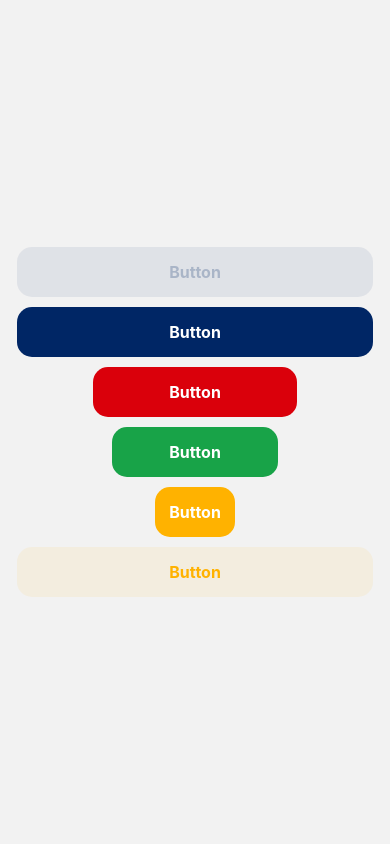
Repository: hungdomanh95/setuptheme
Screen: /
These files come from the project's save history. The screen is drawn as it stood at one moment and after the next save; the edit follows.
The app was drawn by React Native's web renderer in a window 390 px wide. The project was rebuilt for these pictures with package versions that can differ from the ones it lists, and the page was loaded fresh each time. Also part of the build but not shown: src/components/Fade/index.js, src/components/Slide/index.js.

Above is the screen before, as saved 2022-05-17 11:57:23.

### App.js
import {View, Text} from 'react-native';
import React from 'react';
import RootNavigation from './src/navigation/rootNavigation';

const App = () => {
  return <RootNavigation />;
};

export default App;

### src/navigation/rootNavigation.js
import React from 'react'
import {NavigationContainer} from '@react-navigation/native';
import {createNativeStackNavigator} from '@react-navigation/native-stack';
import {
  HomeScreen,
} from '../screens';
import { SafeAreaProvider } from 'react-native-safe-area-context';

const Stack = createNativeStackNavigator();
const RootNavigation = () => {
  const screenOptions = {
    headerTransparent: true,
    headerShown: false,
  };
  const stackOption = {
    headerShown: true,
    headerBackTitle: '',
    headerTitle: '',
  };
  return (
    <SafeAreaProvider>
      <NavigationContainer>
        <Stack.Navigator screenOptions={screenOptions}>
          <Stack.Screen name="HomeScreen" component={HomeScreen} />
        </Stack.Navigator>
      </NavigationContainer>
    </SafeAreaProvider>
  );
};

export default RootNavigation;

### src/screens/index.js
import HomeScreen from './HomeScreen';
export {HomeScreen};

### src/screens/HomeScreen/index.js
import {View, Text, StyleSheet} from 'react-native';
import React from 'react';
import {COLOR, shadows} from '../../theme';
import {RNButton} from '../../components';

const HomeScreen = () => {
const hanle = () => {
  console.log("---");
}
  return (
    <View style={styles.container}>
      <RNButton text="Button" type={'primary'} size={'fullsize'} onPress={hanle} disabled={true} />
      <RNButton text="Button" type={'primary'} size={'fullsize'} onPress={hanle} />
      <RNButton text="Button" type={'danger'} size={'medium'} />
      <RNButton text="Button" type={'success'} size={'small'} />
      <RNButton text="Button" type={'warning'} size={80} />
      <RNButton text="Button" color={COLOR.neural8} colorText={COLOR.neural} />
    </View>
  );
};

export default HomeScreen;
const styles = StyleSheet.create({
  container: {
    flex: 1,
    justifyContent: 'center',
    alignItems: 'center',
  },
});

### src/theme/index.js
import {StyleSheet, Dimensions} from 'react-native';
const {width, height} = Dimensions.get('window');
const width_design = 375;
export const SIZE = {
  width,
  height,
  spacing: 16,
  icon: 24,
  btn1: (width * 343) / width_design,
  btn2: (width * 196) / width_design,
  btn3: (width * 160) / width_design,
};
export const COLOR = {
  primary: '#002665',
  primary80: "rgba(0, 38, 101, 0.8)",
  primary60: "rgba(0, 38, 101, 0.6)",
  primary40: "rgba(0, 38, 101, 0.4)",
  primary24: "rgba(0, 38, 101, 0.24)",
  primary16: "rgba(0, 38, 101, 0.16)",
  primary8: "rgba(0, 38, 101, 0.08)",
  primary4: "rgba(0, 38, 101, 0.04)",
  secondary: '#2567F9',
  secondary50: '#0077FF',
  secondary40: 'rgba(0, 119, 255, 0.4)',
  secondary24: 'rgba(0, 119, 255, 0.24)',
  secondary16: 'rgba(0, 119, 255, 0.16)',
  secondary8: 'rgba(0, 119, 255, 0.08)',
  white: '#FFFFFF',
  white64: 'rgba(255,255,255,0.64)',
  white40: 'rgba(255,255,255,0.4)',
  white24: 'rgba(255,255,255,0.24)',
  white16: 'rgba(255,255,255,0.16)',
  white8: 'rgba(255,255,255,0.08)',
  white4: 'rgba(255,255,255,0.04)',
  yellow: '#FDBE01',
  yellow80: 'rgba(253, 190, 1, 0.8)',
  yellow40: 'rgba(253, 190, 1, 0.4)',
  yellow16: 'rgba(253, 190, 1, 0.16)',
  red: '#DA000B',
  red80: 'rgba(227, 38, 46, 0.8)',
  red40: 'rgba(227, 38, 46, 0.4)',
  red16: 'rgba(227, 38, 46, 0.16)',
  gray: '#6D7E92',
  gray40: '#7689A2',
  gray24: '#B3BDCB',
  gray16: '#DADFE6',
  gray8: '#F9FAFD',
  green: '#18A348',
  green50: '#25C26E',
  green40: 'rgba(37, 194, 110, 0.4)',
  green24: 'rgba(37, 194, 110, 0.24)',
  neural: '#FFB200',
  neural80: 'rgba(255, 178, 0, 0.8)',
  neural40: 'rgba(255, 178, 0, 0.4)',
  neural24: 'rgba(255, 178, 0, 0.24)',
  neural16: 'rgba(255, 178, 0, 0.16)',
  neural8: 'rgba(255, 178, 0, 0.08)',
  orange: '#F44B02',
  orange80: 'rgba(244, 75, 2, 0.8)',
  orange40: 'rgba(244, 75, 2, 0.4)',
  orange8: '#FFECE3',
  infor: '#0289F4',
  infor80: 'rgba(2, 137, 244, 0.8)',
  infor40: 'rgba(2, 137, 244, 0.4)',
  infor10: 'rgba(2, 137, 244, 0.1)',
};
export const TEXT = StyleSheet.create({
  h1: {
    fontSize: 22,
    lineHeight: 33,
  },
  h2: {
    fontSize: 20,
    lineHeight: 30,
  },
  h3: {
    fontSize: 18,
    lineHeight: 27,
  },
  fz16: {
    fontSize: 16,
    lineHeight: 24,
  },
  fz14: {
    fontSize: 14,
    lineHeight: 21,
  },
  fz12: {
    fontSize: 12,
    lineHeight: 18,
  },
  fz10: {
    fontSize: 10,
    lineHeight: 15,
  },
  bold: {
    fontWeight: '700',
  },
  medium: {
    fontWeight: '500',
  },
  regular: {
    fontWeight: '400',
  },
});
export const shadows = StyleSheet.create({
  sh: {
    backgroundColor: '#FFFFFF',
    shadowColor: 'rgba(0, 38, 101, 0.1)',
    shadowOffset: {
      width: 0,
      height: 2,
    },
    shadowOpacity: 2,
    shadowRadius: 5,
    elevation: 5,
  },
});

### src/components/index.js
import Fade from './Fade';
import Slide from './Slide';
import RNButton from './RNButton';
export {Fade, Slide, RNButton};

### src/components/RNButton/index.js
import {StyleSheet, Text, View, TouchableOpacity} from 'react-native';
import React, {useEffect} from 'react';
import {COLOR, SIZE, TEXT} from '../../theme';

const RNButton = props => {
  const {text, type, size, onPress, disabled} = props;

  const colorBTN = () => {
    let colorBtn;
    if (disabled) colorBtn = COLOR.primary8;
    else if (type === 'success') colorBtn = COLOR.green;
    else if (type === 'warning') colorBtn = COLOR.neural;
    else if (type === 'danger') colorBtn = COLOR.red;
    else if (type === 'primary') colorBtn = COLOR.primary;
    else if (props.color) colorBtn = props.color;
    return colorBtn;
  };
  const sizeBTN = () => {
    let sizeBtn = SIZE.btn1;
    if (size === 'fullsize') sizeBtn = SIZE.btn1;
    else if (size === 'medium') sizeBtn = SIZE.btn2;
    else if (size === 'small') sizeBtn = SIZE.btn3;
    else if (typeof size == 'number') sizeBtn = size;
    return sizeBtn;
  };
  const colorText = () => {
    let colorText = COLOR.white;
    if (disabled) colorText = COLOR.primary24;
    else if (props.colorText) colorText = props.colorText;
    return colorText;
  };
  const styles = styleWithProps(props, colorBTN(), sizeBTN(), colorText());
  return (
    <TouchableOpacity
      style={styles.container}
      onPress={onPress}
      disabled={disabled}>
      <Text style={styles.text}>{text}</Text>
    </TouchableOpacity>
  );
};

const styleWithProps = (props, color, size, colorText) => {
  return StyleSheet.create({
    container: {
      width: size,
      height: 50,
      justifyContent: 'center',
      alignItems: 'center',
      backgroundColor: color,
      borderRadius: 15,
      marginVertical: 5,
    },
    text: {
      color: colorText,
      ...TEXT.fz16,
      ...TEXT.bold,
    },
  });
};
export default RNButton;

After the next save:
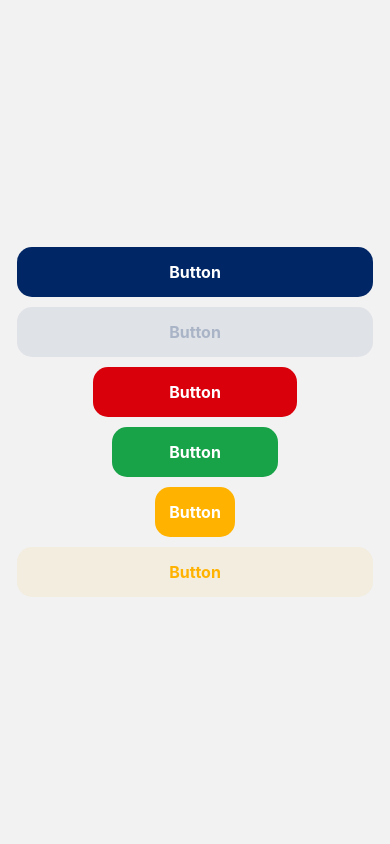
Saved 9 s later.
--- a/src/screens/HomeScreen/index.js
+++ b/src/screens/HomeScreen/index.js
@@ -9,8 +9,8 @@ const hanle = () => {
 }
   return (
     <View style={styles.container}>
+      <RNButton text="Button" type={'primary'} size={'fullsize'} onPress={hanle} />
       <RNButton text="Button" type={'primary'} size={'fullsize'} onPress={hanle} disabled={true} />
-      <RNButton text="Button" type={'primary'} size={'fullsize'} onPress={hanle} />
       <RNButton text="Button" type={'danger'} size={'medium'} />
       <RNButton text="Button" type={'success'} size={'small'} />
       <RNButton text="Button" type={'warning'} size={80} />
